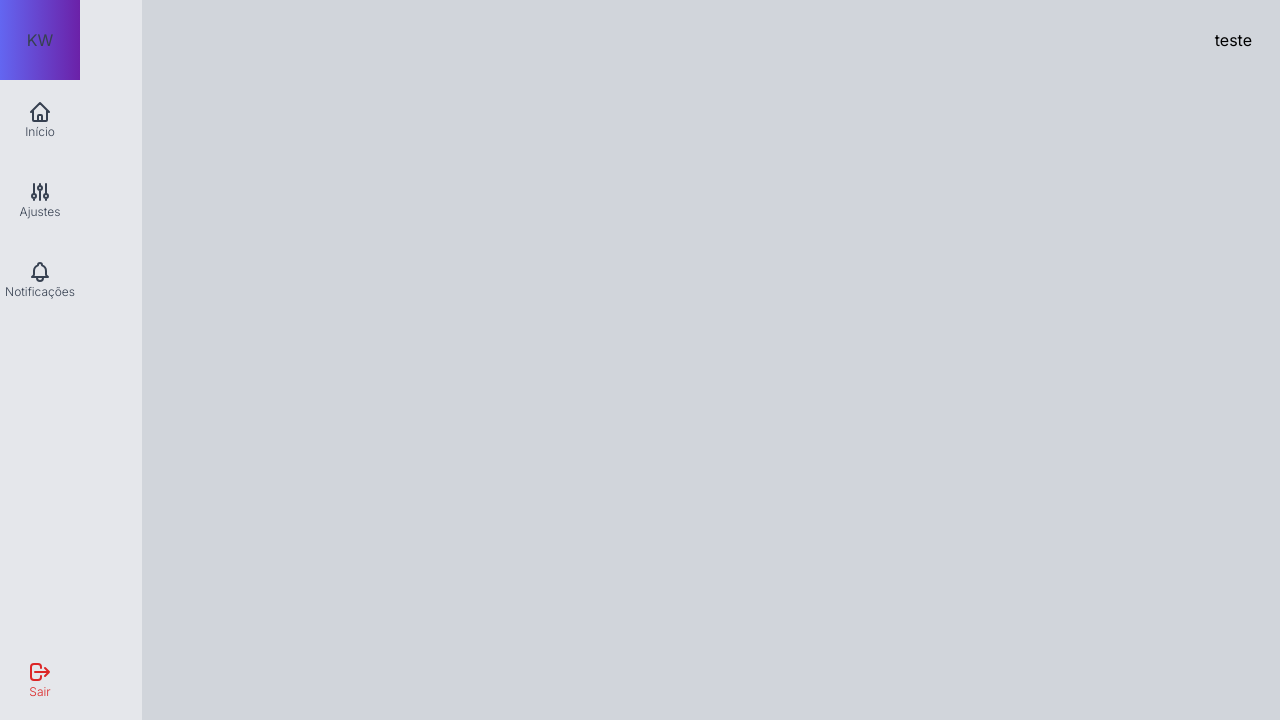
Repository: KennedyWanderson/AdminDashboard
Page: / (app in Code/admindashboard/)
These files come from the project's save history. The page is drawn as it stood at one moment and after the next save; the edit follows.
The browser window is 1280 px wide. The pictures show the whole page.
The project was rebuilt for these pictures with package versions that can differ from the ones it lists, and the page was loaded fresh each time. The framework's server and built-in components were replaced by stand-ins that run in the browser. Also part of the build but not shown: Code/admindashboard/next.config.mjs.

Above is the page before, as saved 2024-06-16 16:08:34.

After the next save:
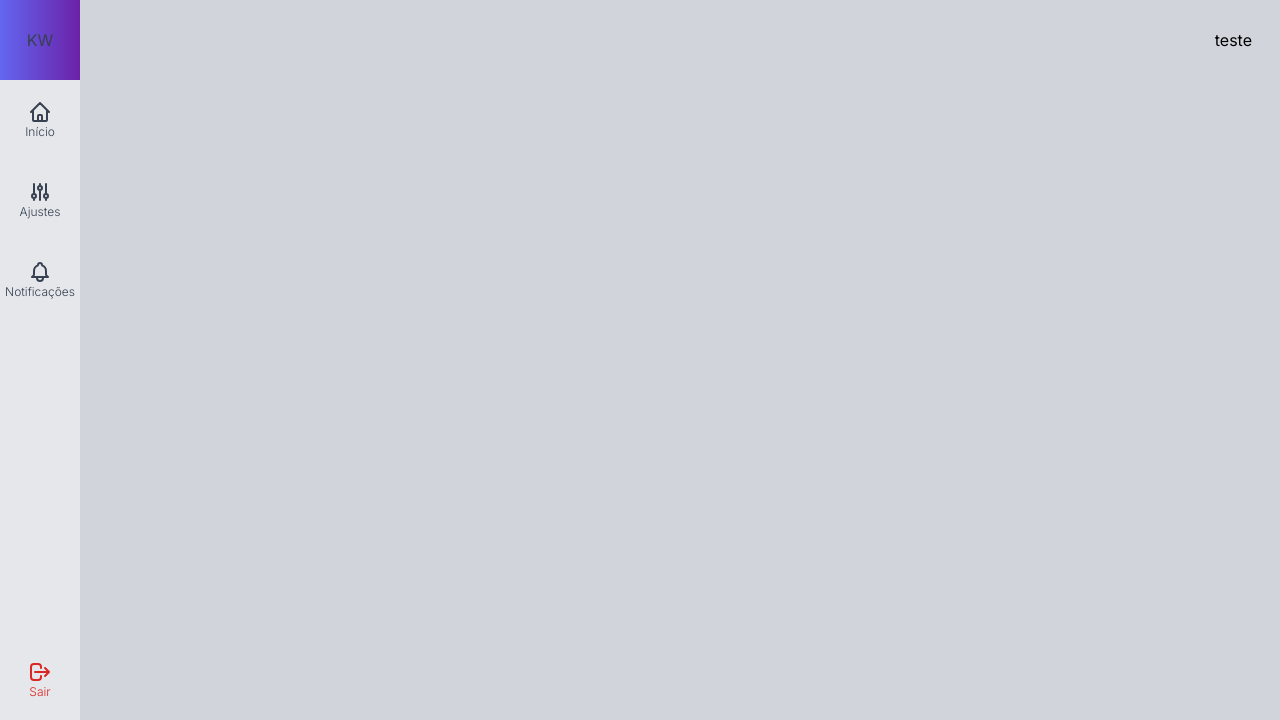
Saved 6 s later.
--- a/Code/admindashboard/src/components/LateralMenu.jsx
+++ b/Code/admindashboard/src/components/LateralMenu.jsx
@@ -9,7 +9,7 @@ export default function LateralMenu() {
 
     return (
         <aside className={`
-            flex flex-col w-40
+            flex flex-col
             bg-gray-200 text-gray-700
             dark:bg-gray-900
         `}>
